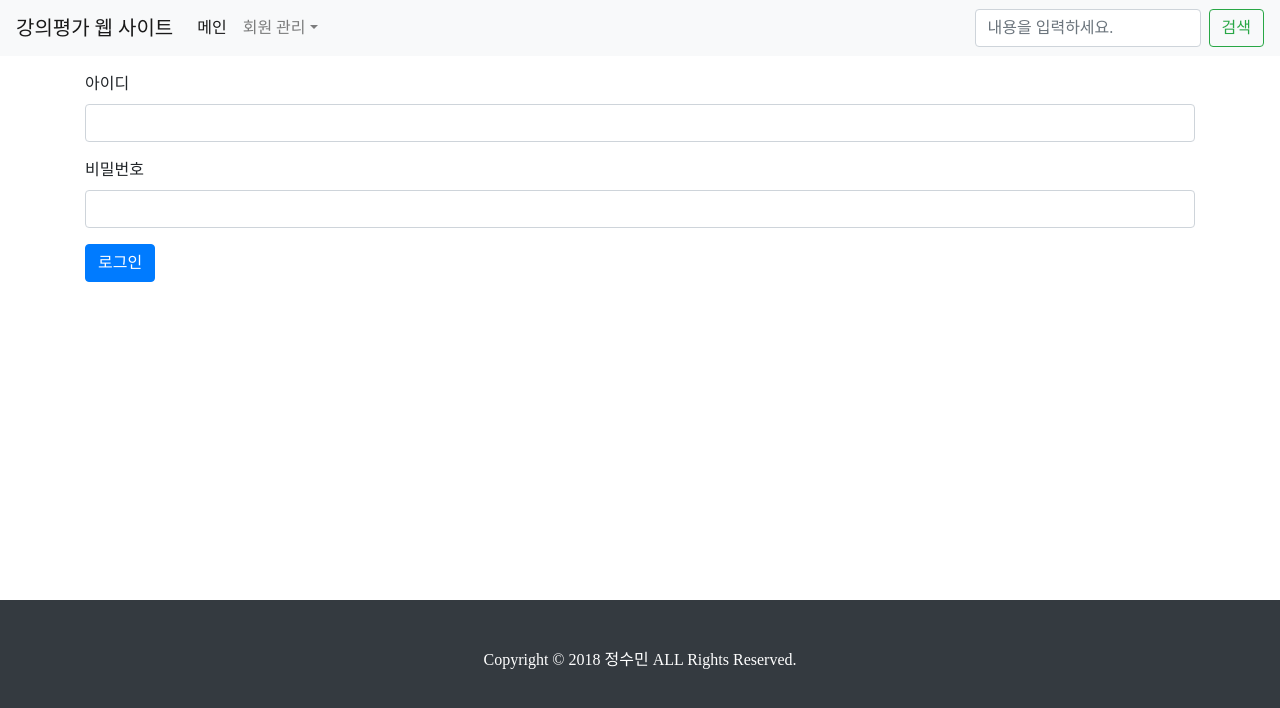
Repository: codelifee/Lecture-Evaluation-Project---java
Page: http://localhost/Lecture_Evaluation/userJoin.jsp
These files come from the project's save history. The page is drawn as it stood at one moment and after the next save; the edit follows.
The browser window is 1280 px wide. The pictures show the whole page.
Some web fonts or font styles are not loaded; a fallback is used. The page is served by Tomcat 9.

Above is the page before, as saved 2020-08-26 01:58:49.

After the next save:
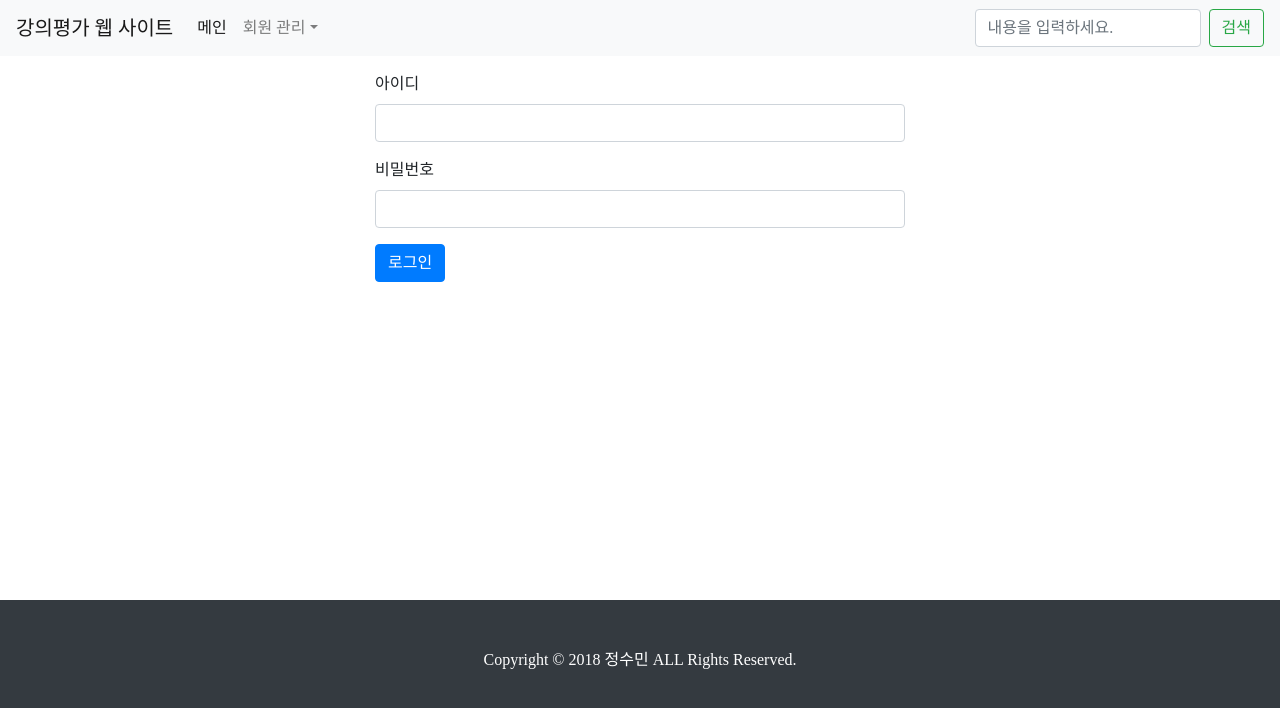
Saved 50 s later.
--- a/Lecture Evaluation/WebContent/userJoin.jsp
+++ b/Lecture Evaluation/WebContent/userJoin.jsp
@@ -37,7 +37,7 @@
 			<button class="btn btn-outline-success my-2 my-sm-0" type="submit">검색</button>
 		</form>
 	</nav>
-	<section class="container mt-3" sstyle="max-width: 560;">
+	<section class="container mt-3" style="max-width: 560px;">
 	 	<form method="post" action="./userLoginAction.jsp">
 	 		<div class="form-group">
 	 			<label>아이디</label>
